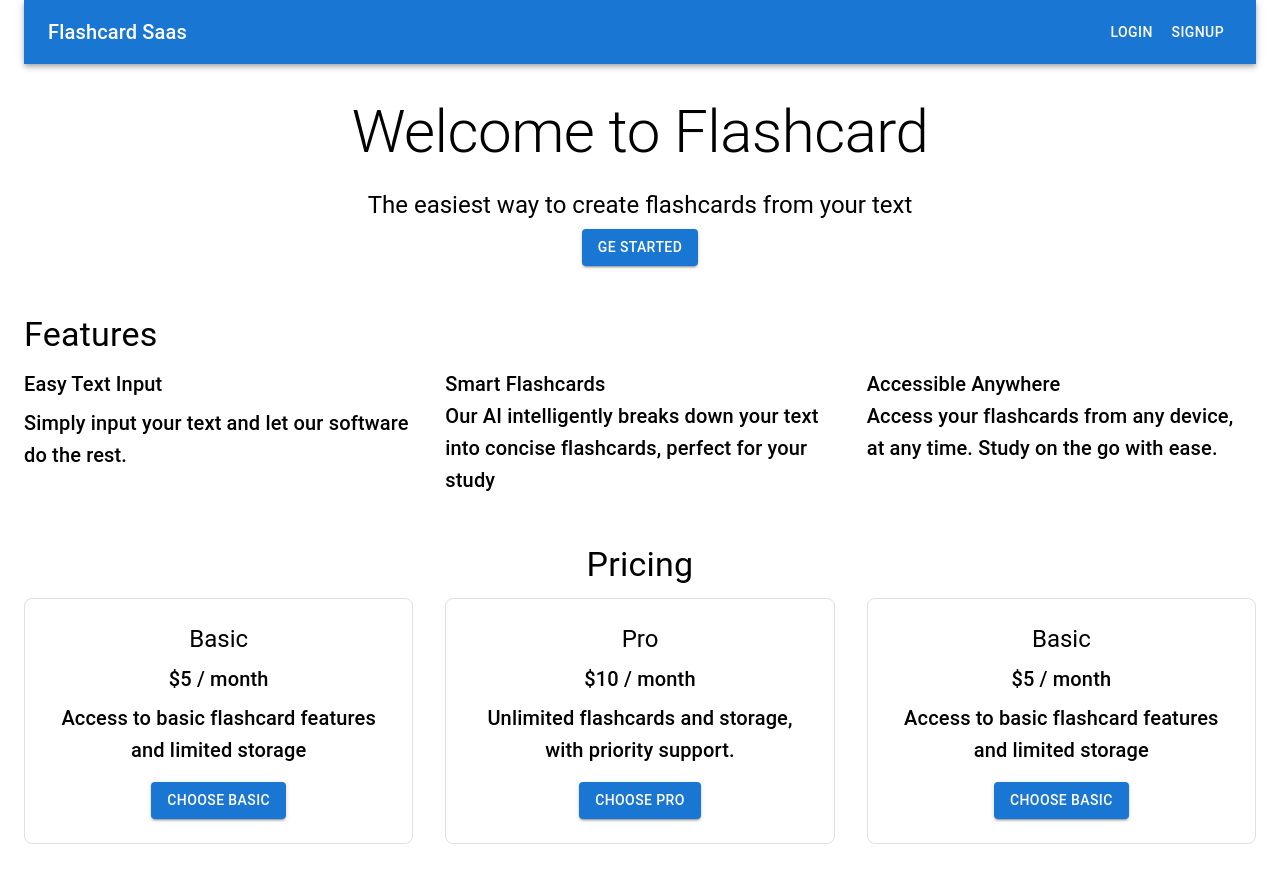
Repository: rakeshpuppala2590/AI-Flashcards-Stripe
Page: /
The author's editor kept a copy of each file at every save. The page is drawn from the files as they stood at one save, then again after the next save.
The browser window is 1280 px wide. The pictures show the whole page.
The page's requests for data from a server got no answer. The project was rebuilt for these pictures with package versions that can differ from the ones it lists, and the page was loaded fresh each time. Some packages were replaced by stand-ins written for this rebuild. The framework's server and built-in components were replaced by stand-ins that run in the browser. No one was signed in, and anything a server would have sent is missing. Also part of the build but not shown: next.config.mjs.

Above is the page before, as saved 2024-08-12 15:27:13.

After the next save:
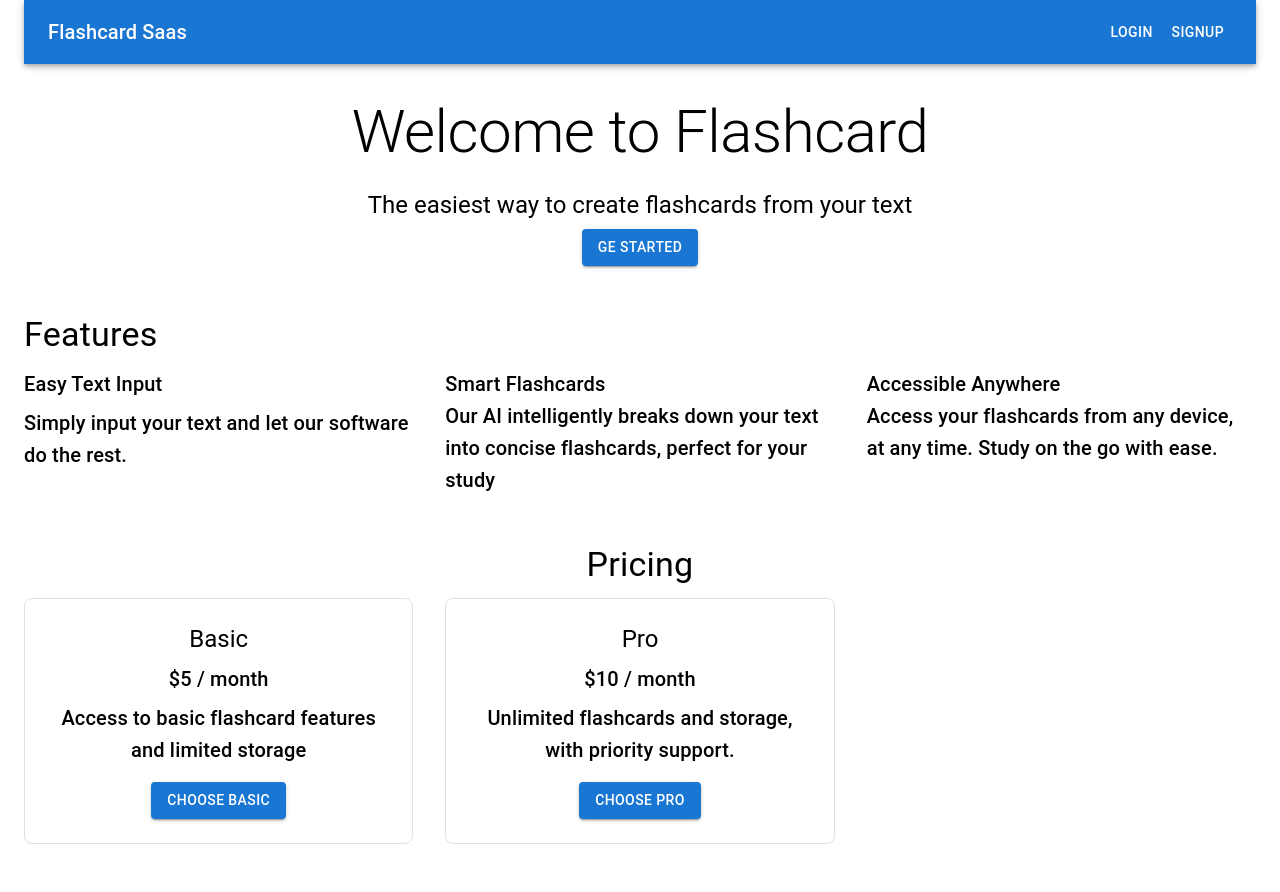
Saved 58 s later.
--- a/src/app/page.js
+++ b/src/app/page.js
@@ -143,31 +143,6 @@ export default function Home() {
               </Button>
             </Box>
           </Grid>
-
-          <Grid item xs={12} md={4}>
-            <Box
-              sx={{
-                p: 3,
-                border: "1px solid",
-                borderColor: "grey.300",
-                borderRadius: 2,
-              }}
-            >
-              <Typography variant="h5" gutterBottom>
-                Basic
-              </Typography>
-              <Typography variant="h6" gutterBottom>
-                $5 / month{" "}
-              </Typography>
-              <Typography variant="h6">
-                {" "}
-                Access to basic flashcard features and limited storage
-              </Typography>
-              <Button variant="contained" color="primary" sx={{ mt: 2 }}>
-                Choose Basic
-              </Button>
-            </Box>
-          </Grid>
         </Grid>
       </Box>
     </Container>
